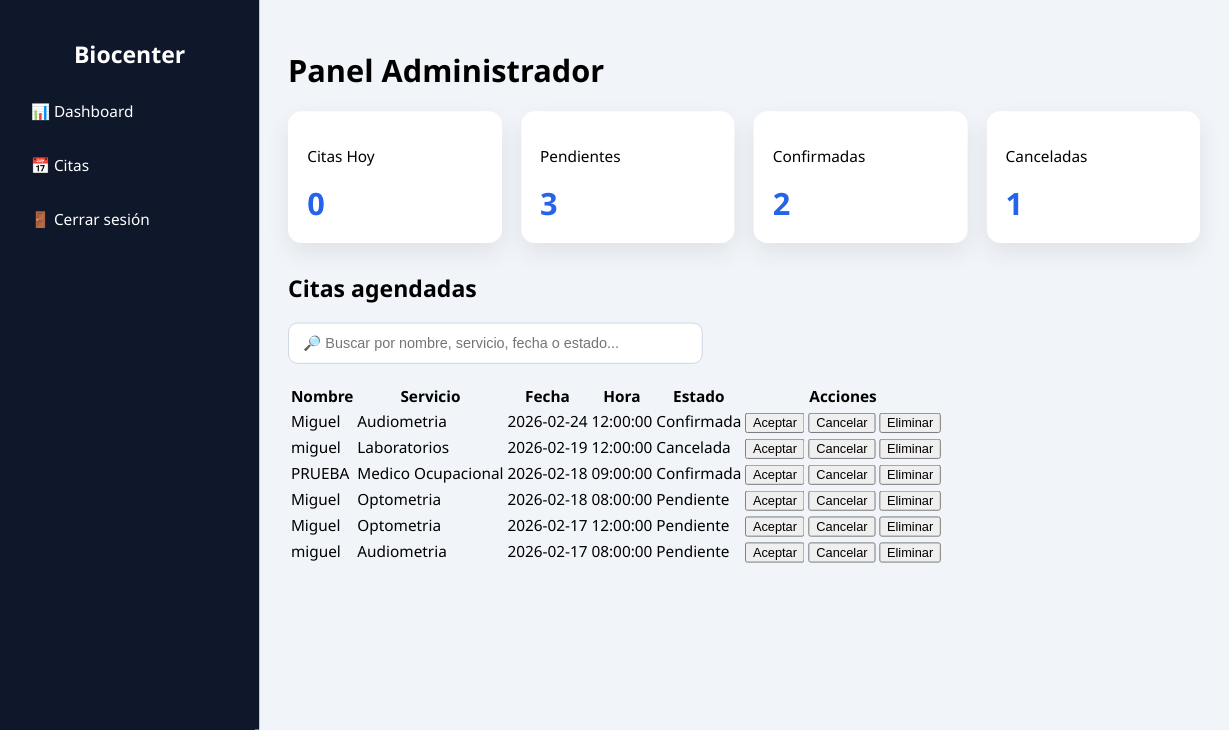
Repository: Miguelperdomo/Biocenter
Page: http://localhost/public_html/PHP/panel.php
The author's editor kept a copy of each file at every save. The page is drawn from the files as they stood at one save, then again after the next save.
The browser window is 1280 px wide. The pictures show the whole page, at 96% of full size.
The page is run by PHP 8.4 with error messages shown; the project is at /var/www/html/. The session is filled in as if someone had signed in: {"admin": {"id": 1, "usuario": "admin", "email": "perdomomiguel2004@gmail.com"}}. Other server files are loaded and not shown. The database holds what the project's SQL file puts in it.

Above is the page before, as saved 2026-02-18 10:07:40.

### PHP/panel.php
<?php
session_start();
require "../conection/conexion.php";

if(!isset($_SESSION['admin'])){
    header("Location: ../login.php");
    exit();
}

/* CONTADORES */
$hoy = date("Y-m-d");

$citasHoy = $conn->query("SELECT COUNT(*) total FROM citas WHERE fecha='$hoy'")->fetch_assoc()['total'];
$pendientes = $conn->query("SELECT COUNT(*) total FROM citas WHERE estado='Pendiente'")->fetch_assoc()['total'];
$confirmadas = $conn->query("SELECT COUNT(*) total FROM citas WHERE estado='Confirmada'")->fetch_assoc()['total'];
$canceladas = $conn->query("SELECT COUNT(*) total FROM citas WHERE estado='Cancelada'")->fetch_assoc()['total'];

$citas = $conn->query("SELECT * FROM citas ORDER BY fecha DESC, hora DESC");
?>

<!DOCTYPE html>
<html lang="es">
<head>
<meta charset="UTF-8">
<meta name="viewport" content="width=device-width, initial-scale=1.0">
<title>Panel Administrador</title>

<style>

/* ===== GENERAL ===== */
body{
    margin:0;
    font-family:'Segoe UI';
    display:flex;
    background:#f1f5f9;
}

/* ===== SIDEBAR ===== */
.sidebar{
    width:230px;
    background:#0f172a;
    height:100vh;
    color:white;
    padding:20px;
}

.sidebar h2{text-align:center;}

.sidebar a{
    display:block;
    color:white;
    text-decoration:none;
    padding:12px;
    margin:10px 0;
    border-radius:8px;
    transition:.3s;
}

.sidebar a:hover{background:#2563eb;}

/* ===== CONTENIDO ===== */
.main{flex:1;padding:30px;}

.cards{
    display:grid;
    grid-template-columns:repeat(auto-fit,minmax(200px,1fr));
    gap:20px;
    margin-bottom:30px;
}

.card{
    background:white;
    padding:20px;
    border-radius:14px;
    box-shadow:0 10px 25px rgba(0,0,0,.08);
}

.card h3{margin:0;font-size:32px;color:#2563eb;}

/* ===== TABLA ===== */





/* ===== MODAL PREMIUM ===== */
.modal{
    display:none;
    position:fixed;
    inset:0;
    background:rgba(15,23,42,.7);
    backdrop-filter:blur(6px);
    justify-content:center;
    align-items:center;
}

.modal-content{
    background:white;
    border-radius:18px;
    padding:35px;
    width:90%;
    max-width:420px;
    text-align:center;
    box-shadow:0 20px 50px rgba(0,0,0,.25);
}

.modal-icon{font-size:50px;margin-bottom:15px;}

.modal-actions{
    display:flex;
    gap:15px;
    margin-top:20px;
}

.modal-actions button{
    flex:1;
    padding:12px;
    border:none;
    border-radius:10px;
    font-weight:600;
    cursor:pointer;
}

.btn-primary{background:#2563eb;color:white;}
.btn-secondary{background:#e2e8f0;color:#334155;}

/* BUSCADOR PROFESIONAL */

/* BUSCADOR PROFESIONAL IZQUIERDA */

.search-box{
    margin-bottom:20px;
    display:flex;
    justify-content:flex-start; /* 👈 CAMBIO CLAVE */
}

.search-box input{
    width:350px;
    max-width:100%;
    padding:12px 15px;
    border-radius:10px;
    border:1px solid #cbd5e1;
    font-size:15px;
    transition:.3s;
    background:#fff;
}
.search-box{
    margin:20px 0;
}

.search-box input{
    width:100%;
    max-width:400px;
}



.search-box input:focus{
    outline:none;
    border-color:#2563eb;
    box-shadow:0 0 8px rgba(37,99,235,.25);
}


</style>
</head>

<body>

<div class="sidebar">
<h2>Biocenter</h2>
<a href="#">📊 Dashboard</a>
<a href="#">📅 Citas</a>
<a href="logout.php">🚪 Cerrar sesión</a>
</div>

<div class="main">

<h1>Panel Administrador</h1>

<div class="cards">
<div class="card"><p>Citas Hoy</p><h3><?=$citasHoy?></h3></div>
<div class="card"><p>Pendientes</p><h3><?=$pendientes?></h3></div>
<div class="card"><p>Confirmadas</p><h3><?=$confirmadas?></h3></div>
<div class="card"><p>Canceladas</p><h3><?=$canceladas?></h3></div>
</div>

<h2>Citas agendadas</h2>

<div class="search-box">
    <input type="text" id="buscarCita" placeholder="🔎 Buscar por nombre, servicio, fecha o estado...">
</div>

<table>
<tr>
<th>Nombre</th>
<th>Servicio</th>
<th>Fecha</th>
<th>Hora</th>
<th>Estado</th>
<th>Acciones</th>
</tr>

<?php while($row=$citas->fetch_assoc()): ?>

<tr>
<td><?=$row['nombre_completo']?></td>
<td><?=$row['tipo_servicio']?></td>
<td><?=$row['fecha']?></td>
<td><?=$row['hora']?></td>

<td>
<span class="estado
<?= $row['estado']=="Pendiente"?"pendiente":($row['estado']=="Confirmada"?"confirmada":"cancelada") ?>">
<?=$row['estado']?>
</span>
</td>

<td>
<button class="btn accept" onclick="confirmar(<?=$row['id']?>,'confirmar')">Aceptar</button>
<button class="btn cancel" onclick="confirmar(<?=$row['id']?>,'cancelar')">Cancelar</button>
<button class="btn delete" onclick="confirmar(<?=$row['id']?>,'eliminar')">Eliminar</button>
</td>
</tr>

<?php endwhile; ?>
</table>

</div>

<!-- MODAL CONFIRM -->
<div id="modalConfirm" class="modal">
<div class="modal-content">
<div class="modal-icon" id="icono">⚠️</div>
<h2 id="titulo"></h2>
<p id="texto"></p>
<div class="modal-actions">
<button class="btn-primary" onclick="ejecutar()">Confirmar</button>
<button class="btn-secondary" onclick="cerrar()">Cancelar</button>
</div>
</div>
</div>

<form id="formAccion" method="POST" action="accion_cita.php">
<input type="hidden" name="id" id="idCita">
<input type="hidden" name="accion" id="accionCita">
</form>

<script>

let idActual="";
let accionActual="";

function confirmar(id,accion){

idActual=id;
accionActual=accion;

document.getElementById("modalConfirm").style.display="flex";

if(accion=="confirmar"){
icono.innerHTML="🟢";
titulo.innerText="Confirmar Cita";
texto.innerText="¿Deseas confirmar esta cita médica?";
}

if(accion=="cancelar"){
icono.innerHTML="🟠";
titulo.innerText="Cancelar Cita";
texto.innerText="¿Deseas cancelar esta cita?";
}

if(accion=="eliminar"){
icono.innerHTML="🔴";
titulo.innerText="Eliminar Cita";
texto.innerText="Esta acción no se puede deshacer.";
}
}

function cerrar(){
document.getElementById("modalConfirm").style.display="none";
}

function ejecutar(){
document.getElementById("idCita").value=idActual;
document.getElementById("accionCita").value=accionActual;
document.getElementById("formAccion").submit();
}

</script>

<script>

const buscador = document.getElementById("buscarCita");

buscador.addEventListener("keyup", function(){

    let filtro = buscador.value.toLowerCase();
    let filas = document.querySelectorAll("table tr");

    filas.forEach((fila, index) => {

        if(index === 0) return; // saltar encabezado

        let texto = fila.textContent.toLowerCase();

        if(texto.includes(filtro)){
            fila.style.display = "";
        }else{
            fila.style.display = "none";
        }

    });

});

</script>


</body>
</html>

### conection/conexion.php
<?php
$host="localhost";
$user="root";
$pass="";
$db="biocenter";

$conn=new mysqli($host,$user,$pass,$db);

if($conn->connect_error){
    die("Error de conexión");
}
?>

### biocenter (2).sql (the tables this page reads)
CREATE TABLE `citas` (
  `id` int(11) NOT NULL,
  `nombre_completo` varchar(150) NOT NULL,
  `email` varchar(120) NOT NULL,
  `telefono` varchar(20) NOT NULL,
  `tipo_servicio` enum('Medico Ocupacional','Optometria','Audiometria','Laboratorios') NOT NULL,
  `tipo_usuario` enum('Persona Natural','Empresa') NOT NULL,
  `fecha` date NOT NULL,
  `hora` time NOT NULL,
  `estado` enum('Pendiente','Confirmada','Cancelada') DEFAULT 'Pendiente',
  `fecha_registro` timestamp NOT NULL DEFAULT current_timestamp(),
  `observaciones` text DEFAULT NULL
) ENGINE=InnoDB DEFAULT CHARSET=utf8mb4 COLLATE=utf8mb4_general_ci;

INSERT INTO `citas` (`id`, `nombre_completo`, `email`, `telefono`, `tipo_servicio`, `tipo_usuario`, `fecha`, `hora`, `estado`, `fecha_registro`, `observaciones`) VALUES
(1, 'Miguel', 'sistemas@gamil.com', '3160539301', 'Optometria', 'Persona Natural', '2026-02-18', '08:00:00', 'Pendiente', '2026-02-17 17:58:15', 'Pruebaaa'),
(2, 'PRUEBA', 'thebugscompile@gmail.com', '3133854821', 'Medico Ocupacional', 'Empresa', '2026-02-18', '09:00:00', 'Confirmada', '2026-02-17 18:01:56', 'Purba'),
(3, 'miguel', 'biocentersaludocupacional@gmail.com', '3123591195', 'Laboratorios', 'Empresa', '2026-02-19', '12:00:00', 'Cancelada', '2026-02-17 18:03:08', 'sdfafaswdfasdf'),
(4, 'Miguel', 'thebugscompile@gmail.com', '3160539301', 'Optometria', 'Empresa', '2026-02-17', '12:00:00', 'Pendiente', '2026-02-17 18:10:38', 'sdds'),
(5, 'miguel', 'biocentersaludocupacional@gmail.com', '3133854821', 'Audiometria', 'Empresa', '2026-02-17', '08:00:00', 'Pendiente', '2026-02-17 18:13:50', 'VJF'),
(6, 'Miguel', 'thebugscompile@gmail.com', '3133854821', 'Audiometria', 'Empresa', '2026-02-24', '12:00:00', 'Confirmada', '2026-02-17 18:19:38', 'prueba');

ALTER TABLE `citas`
  ADD PRIMARY KEY (`id`);

ALTER TABLE `citas`
  MODIFY `id` int(11) NOT NULL AUTO_INCREMENT, AUTO_INCREMENT=8;

After the next save:
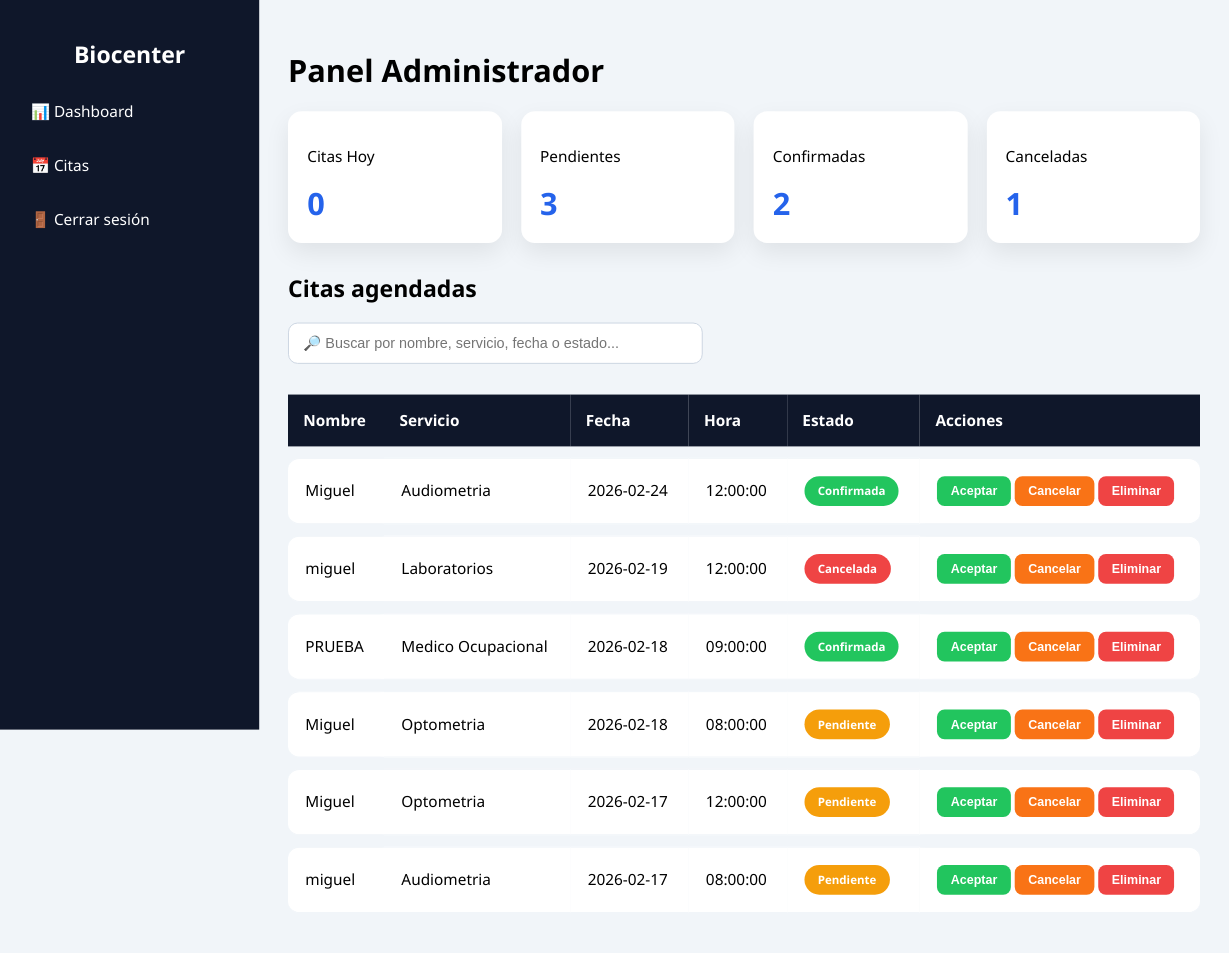
Saved 11 s later.
--- a/PHP/panel.php
+++ b/PHP/panel.php
@@ -79,6 +79,93 @@ body{
 
 /* ===== TABLA ===== */
 
+/* ===== TABLA PREMIUM IPS ===== */
+
+table{
+    width:100%;
+    border-collapse:separate;
+    border-spacing:0 12px; /* 👈 separa filas */
+}
+
+th{
+    background:#0f172a;
+    color:white;
+    padding:16px;
+    font-weight:600;
+    text-align:left;
+}
+
+td{
+    background:white;
+    padding:18px;
+    border-top:1px solid #f1f5f9;
+    border-bottom:1px solid #f1f5f9;
+}
+
+/* esquinas redondeadas de filas */
+
+tr td:first-child{
+    border-radius:12px 0 0 12px;
+}
+
+tr td:last-child{
+    border-radius:0 12px 12px 0;
+}
+
+/* hover profesional */
+
+tr:hover td{
+    background:#f8fafc;
+    transition:.3s;
+}
+
+/* ===== ESTADOS ===== */
+
+.estado{
+    padding:7px 14px;
+    border-radius:30px;
+    font-size:12px;
+    font-weight:600;
+    color:white;
+    display:inline-block;
+}
+
+.pendiente{background:#f59e0b;}
+.confirmada{background:#22c55e;}
+.cancelada{background:#ef4444;}
+
+/* ===== CONTENEDOR ACCIONES ===== */
+
+.acciones{
+    display:flex;
+    gap:8px;
+    background:#f1f5f9;
+    padding:8px;
+    border-radius:10px;
+    width:max-content;
+}
+
+/* ===== BOTONES PREMIUM ===== */
+
+.btn{
+    border:none;
+    padding:8px 14px;
+    border-radius:8px;
+    font-size:13px;
+    font-weight:600;
+    cursor:pointer;
+    transition:.25s;
+    color:white;
+}
+
+.accept{background:#22c55e;}
+.cancel{background:#f97316;}
+.delete{background:#ef4444;}
+
+.btn:hover{
+    transform:translateY(-2px);
+    box-shadow:0 6px 14px rgba(0,0,0,.15);
+}
 
 
 
